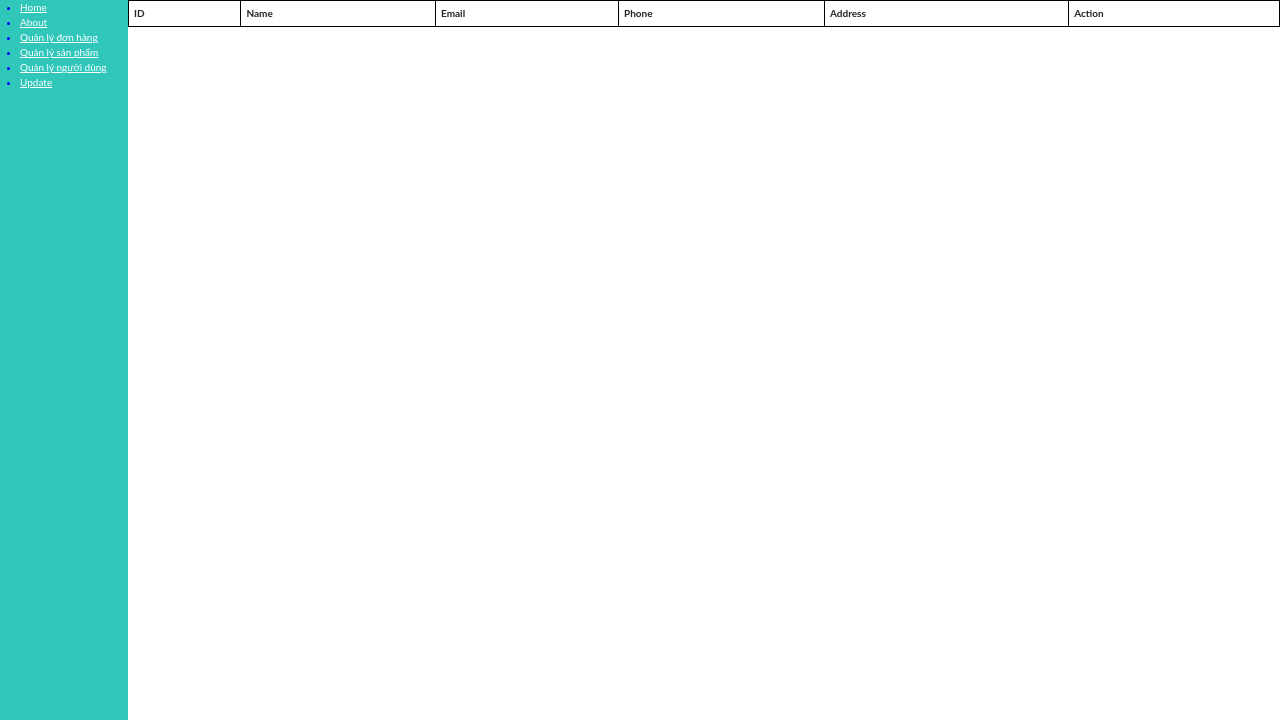
Repository: Hothidani/React
Page: /User (app in exa/my-react-router-A/)
The author's editor kept a copy of each file at every save. The page is drawn from the files as they stood at one save, then again after the next save.
The browser window is 1280 px wide. The pictures show the whole page.
The page's requests for data from a server got no answer. The project was rebuilt for these pictures with package versions that can differ from the ones it lists, and the page was loaded fresh each time. No one was signed in, and anything a server would have sent is missing. Also part of the build but not shown: exa/my-react-router-A/src/component/Navigation.js, exa/my-react-router-A/src/component/Home.js, exa/my-react-router-A/src/component/About.js, exa/my-react-router-A/src/component/Service.js, exa/my-react-router-A/src/component/Contact.js, exa/my-react-router-A/src/component/AllProduct.js, exa/my-react-router-A/src/component/Add.js, exa/my-react-router-A/src/component/QlOder.js.

Above is the page before, as saved 2021-05-11 17:35:13.

### exa/my-react-router-A/public/index.html
<!DOCTYPE html>
<html lang="en">
  <head>
    <meta charset="utf-8" />
    <link rel="icon" href="%PUBLIC_URL%/favicon.ico" />
    <meta name="viewport" content="width=device-width, initial-scale=1" />
    <meta name="theme-color" content="#000000" />

    <meta
      name="description"
      content="Web site created using create-react-app"
    />
    <link rel="apple-touch-icon" href="%PUBLIC_URL%/logo192.png" />
    <!--
      manifest.json provides metadata used when your web app is installed on a
      user's mobile device or desktop. See https://developers.google.com/web/fundamentals/web-app-manifest/
    -->
    <link rel="manifest" href="%PUBLIC_URL%/manifest.json" />
    <link href="%PUBLIC_URL%/../../src/index.css">
    <link rel="stylesheet" href="https://maxcdn.bootstrapcdn.com/bootstrap/3.4.1/css/bootstrap.min.css">
    <script src="https://ajax.googleapis.com/ajax/libs/jquery/3.5.1/jquery.min.js"></script>
    <script src="https://maxcdn.bootstrapcdn.com/bootstrap/3.4.1/js/bootstrap.min.js"></script>
    <!--
      Notice the use of %PUBLIC_URL% in the tags above.
      It will be replaced with the URL of the `public` folder during the build.
      Only files inside the `public` folder can be referenced from the HTML.

      Unlike "/favicon.ico" or "favicon.ico", "%PUBLIC_URL%/favicon.ico" will
      work correctly both with client-side routing and a non-root public URL.
      Learn how to configure a non-root public URL by running `npm run build`.
    -->
    <title>React App</title>
  </head>
  <body>
    <noscript>You need to enable JavaScript to run this app.</noscript>
    <div id="root"></div>
    <!--
      This HTML file is a template.
      If you open it directly in the browser, you will see an empty page.

      You can add webfonts, meta tags, or analytics to this file.
      The build step will place the bundled scripts into the <body> tag.

      To begin the development, run `npm start` or `yarn start`.
      To create a production bundle, use `npm run build` or `yarn build`.
    -->
  </body>
</html>

### exa/my-react-router-A/src/index.js
import React from 'react';
import ReactDOM from 'react-dom';
import App from "./App";
// import AddForm from './App';
import reportWebVitals from './reportWebVitals';

ReactDOM.render(
  <React.StrictMode>
    <App></App>
  </React.StrictMode>,
  document.getElementById('root')
);

// If you want to start measuring performance in your app, pass a function
// to log results (for example: reportWebVitals(console.log))
// or send to an analytics endpoint. Learn more: https://bit.ly/CRA-vitals
reportWebVitals();

### exa/my-react-router-A/src/App.js
import React, { Component } from 'react';
import './App.css';
import './css.css';

import { BrowserRouter as Router, Route, NavLink, Link, Switch } from 'react-router-dom';
import Routers from './component/Routes';


const colorWord = { color: 'White' }
class App extends Component {
  render() {
    return (
      <Router>
{/* className="d-inline" */}
        <div className="a">
          <div className="nav-a" >
          <nav>
            <ul>
              <li ><Link to="/" style={colorWord}>Home</Link></li>
              <li ><Link to="/About" style={colorWord} >About</Link></li>
              <li > <Link to="/Order" style={colorWord}>Quản lý đơn hàng</Link></li>
              <li > <Link to="/AllProduct" style={colorWord}>Quản lý sản phẩm</Link></li>
              <li > <Link to="/User" style={colorWord}>Quản lý người dùng</Link></li>
              <li > <Link to="/Update" style={colorWord}>Update</Link></li>
            </ul>
          </nav>

          </div>
          <div className="nav-b" >
              <Switch>
                {this.showContentMenu(Routers)}
            </Switch>
          </div>
        </div>

      </Router>
    );

  }
  showContentMenu = (Routers) => {
    var result = null;
    if (Routers.length > 0) {
      result = Routers.map((route, index) => {
        return (

          <Route key={index} path={route.path} exact={route.exact} component={route.main} />
        );
      });
    }
    return result;
  }

}

export default App;

### exa/my-react-router-A/src/App.css
.App {
  text-align: center;
}

.nav-a{
  /* display: flex;
  justify-content: space-around; */
  /* align-items: center; */
  min-height: 10vh;
  width: 10%;
  height: 100vh;
  background: rgb(48, 199, 186);
  color:blue;
}
li{
  width: 100px;
}
.nav-b{
  width: 90%;
}
/*
.nav-link{
  width: 50%;
  display: flex;
  align-items: center;
  justify-content: space-around;
  list-style: none;
  color: black;
} */

.a{
  display: flex;
}

/* .row{
  display: flex;
  align-items: center;
} */

### exa/my-react-router-A/src/css.css
* {
    padding: 0;
    margin: 0;
    border: none;
    font-family: 'Lato', sans-serif;
    box-sizing: border-box;
}

html {
    background-color: white;
    text-rendering: optimizeLegibility;
}

.clearfix::after {
    content: "";
    display: table;
    clear: both;
}

.form-control {
    border-radius: 40px;
    border-top-left-radius: 40px;
    border-top-right-radius: 40px;
    border-bottom-right-radius: 40px;
    border-bottom-left-radius: 40px;
}

.content-input {
    width: 500px;
    /* background: #00FFFF; */
}

.content-input-flex {
    display: flex;
    justify-content: space-between;
}

.content-input-footer {
    font-size: 18px;
    display: flex;
    justify-content: center;
}

.footer-logo {
    display: flex;
    justify-content: center;
}

input[class=form-control] {
    background: transparent;
    -webkit-border-radius: 20px;
    -moz-border-radius: 20px;
    border-radius: 20px;
    border: 1px solid none;
    color: #BB0000;
    width: 100%;
    padding-left: 10px;
}

input[class=form-control]:focus {
    outline: none;
    background: #99FFFF;
    border: 1px solid #2da8d9;
    color: #f33838;
}

input[class=form-control]:hover {
    background: #CCFFFF;
    border: 1px solid #2da8d9;
}

.content-input-wrap {
    border-radius: 10px;
    border: rgb(120, 199, 223);
    background-color: rgba(156, 212, 210, 0.4);
    position: relative;
    color: rgba(255, 255, 255, 0.2);
    /* box-shadow: 0px 20px 20px rgb(0 0 0 / 10%), 0px 30px 26px rgb(0 0 0 / 10%); */
}

.content-input-wrap h3 {
    font-weight: 300;
    color: #2da8d9;
}

.content-input-wrap .social {
    width: 100%;
}

.content-input-wrap .social a {
    width: 100%;
    display: block;
    border: 1px solid #00FFFF;
    color: rgba(243, 75, 9, 0.2);
    background: #99CCFF;
}

.content-input-wrap .social a:hover {
    background: rgba(214, 106, 5, 0.2);
    color: rgba(255, 255, 255, 0.2);
    border-color: #00FFFF;
}

.buttonn{
    display: flex;
    justify-content: space-around;
    align-items: center;
    min-width: 5%;

}

### exa/my-react-router-A/src/component/Routes.js
import React from 'react';
import {BrowserRouter as Router, Route} from 'react-router-dom';
import Navigation from './Navigation';
import Home from './Home'
import About from './About';
import Service from './Service';
import Contact from './Contact';
import AllProduct from './AllProduct';
import Update from './AllProduct';
import Add from './Add';
import User from './QLuser';
import Order from './QlOder';

const Routers = [
	{
		path : '/',
		exact : true,
		main : ()=> <Home />
	},
	{
		path : '/About',
		exact : true,
		main : ({match})=> <About match={match} />
	},
    {
		path : '/Contact',
		exact : true,
		main : ({match})=> <Contact match={match} />
	}
		,
		  {
			path : '/User',
			exact : true,
			main : ({match})=> <User match={match} />
		},
		{
		  path : '/AllProduct',
		  exact : true,
		  main : ({match})=> <AllProduct match={match} />
	  }
	  ,
	  {
		path : '/Add',
		exact : true,
		main : ({match})=> <Add match={match} />
	}
	,
	{
	  path : '/Update',
	  exact : true,
	  main : ({match})=> <Update match={match} />
  }
  ,
	{
	  path : '/Order',
	  exact : true,
	  main : ({match})=> <Order match={match} />
  }


]

export default Routers

### exa/my-react-router-A/src/component/QLuser.js
import React, { Component } from 'react';
import PropTypes from 'prop-types';
import '../QLuser.css';
import { NavLink } from 'react-router-dom';
import 'bootstrap/dist/css/bootstrap.min.css';
import axios from 'axios';
import { toast } from 'react-toastify';
class User extends Component {
    constructor(props) {
        super(props);
        this.state = {
            users: [],
            id: '',
            user_name: '',
            email: '',
            address: '',
            phone: '',
            user_avatar:''
        }
    }



    componentDidMount() {
        axios({
            method: 'GET',
            url: '  http://localhost:3000/users',
            data: null
        }).then(res => {
            this.setState({
                users: res.data
            });
        }).catch(err => {
        });
    }



    render() {
        return (
            <React.Fragment>
                <div className="content">

                                <table  >
                                <tr>
                                    <th>ID</th>
                                    <th>Name</th>
                                    <th>Email</th>
                                    <th>Phone</th>
                                    <th>Address</th>
                                    <th>Action</th>
                                </tr>
                                {this.state.users.map(element => {
                        return (

                                <tr>
                                    <td>{element.id}</td>
                                    <td>{element.user_name}</td>
                                    <td>{element.email}</td>
                                    <td>{element.phone}</td>
                                    <td>{element.address}</td>
                                    <td>
                                        <button type="button"   className="btn btn-success">Block</button>
                                        <button type="button"   className="btn btn-danger">Block</button>
                                    </td>
                                </tr>

                                   );})}
                                 </table>
                </div>
            </React.Fragment>
        );
    }
}



export default User;

### exa/my-react-router-A/src/QLuser.css
 th, td {
     padding: 5px;
    border: 1px solid black;
    border-collapse: collapse;
  }
  table{
      width: 100%;
      border: 1px solid black;
    border-collapse: collapse;
  }

### exa/my-react-router-A/src/QLOrder.css
.content{
    display: flex;
  align-items: center;
  justify-content: space-around;
  list-style: none;
}
.content-a  {
    display: flex;
  align-items: center;
  justify-content: space-around;
  list-style: none;
}

Loaded but not shown: exa/my-react-router-A/src/reportWebVitals.js (common file)

After the next save:
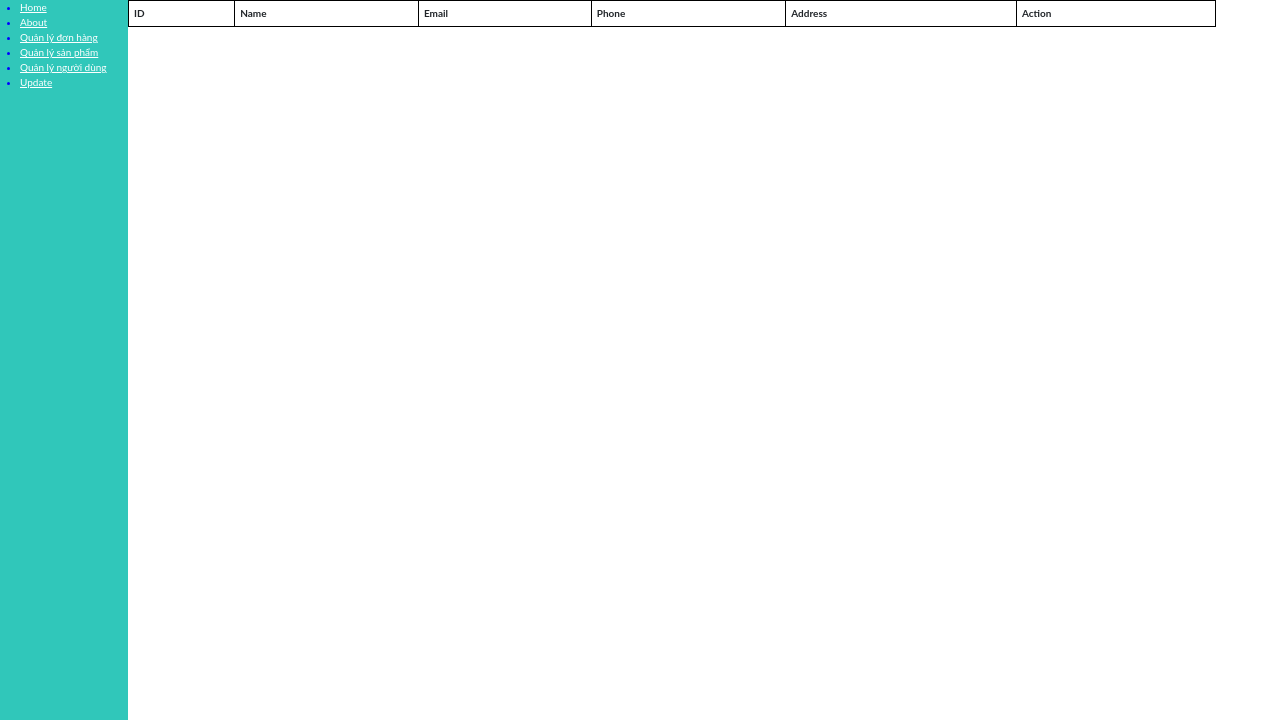
Saved 26 s later.
--- a/exa/my-react-router-A/src/App.css
+++ b/exa/my-react-router-A/src/App.css
@@ -16,7 +16,7 @@
   width: 100px;
 }
 .nav-b{
-  width: 90%;
+  width: 85%;
 }
 /*
 .nav-link{

After the save that followed:
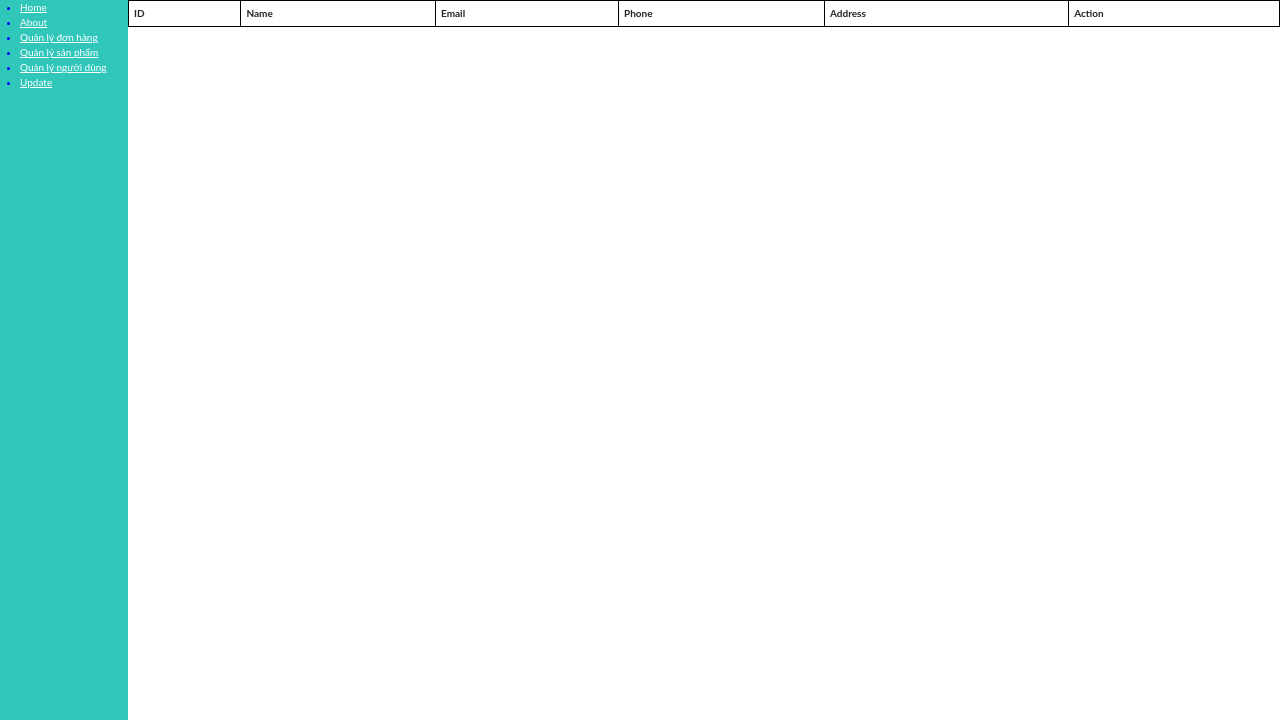
Saved 13 s later.
--- a/exa/my-react-router-A/src/App.css
+++ b/exa/my-react-router-A/src/App.css
@@ -16,7 +16,7 @@
   width: 100px;
 }
 .nav-b{
-  width: 85%;
+  width: 90%;
 }
 /*
 .nav-link{
